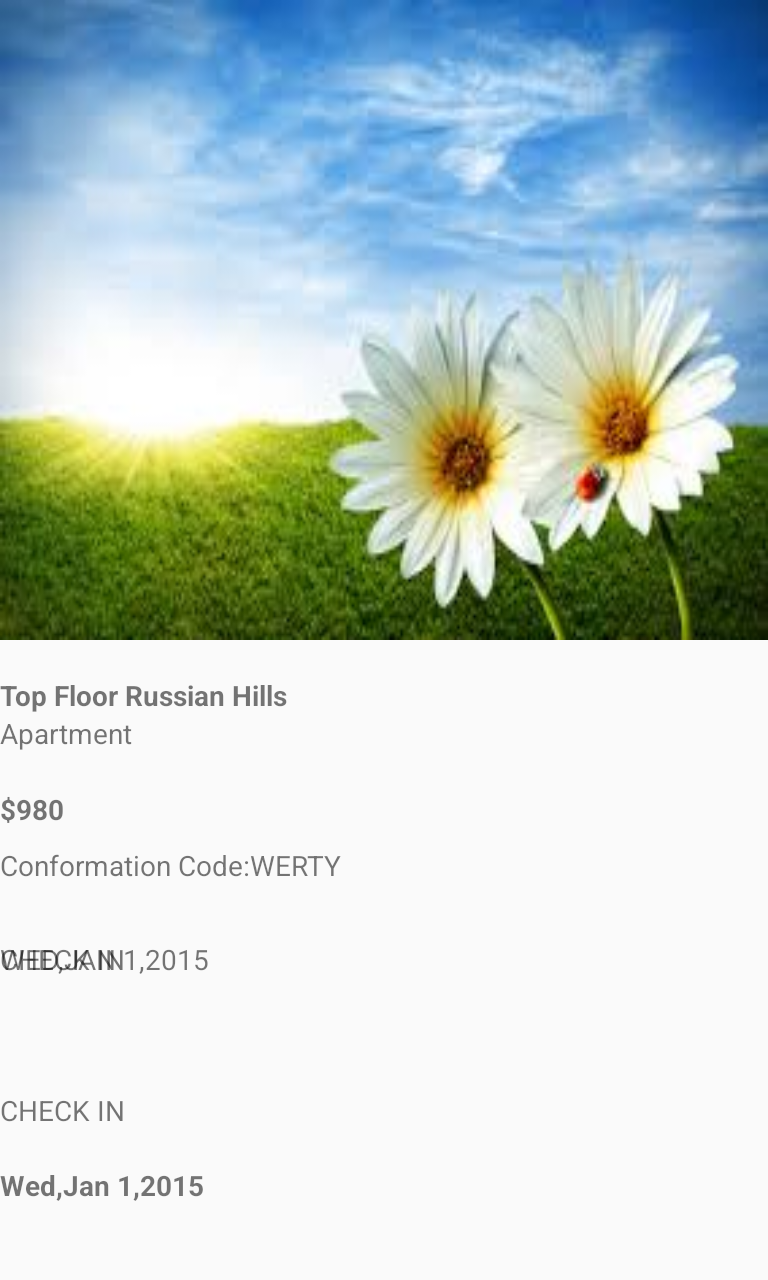
Repository: adarshnair13/my-project
Layout: example8/res/layout/activity_main.xml
An editor plug-in stored every save of this project. The layout is shown before and after the next save, followed by the edit.
It is drawn on a 768 x 1280 px phone screen (xhdpi) without system bars, with theme AppTheme; the app's code is not run.

Above is the layout before, as saved 2015-02-05 09:49:51.

### example8/res/layout/activity_main.xml
<LinearLayout xmlns:android="http://schemas.android.com/apk/res/android"
    xmlns:tools="http://schemas.android.com/tools"
    android:id="@+id/LinearLayout1"
    android:layout_width="match_parent"
    android:layout_height="match_parent"
    android:orientation="vertical"
    android:weightSum="2.0"
    tools:context="com.adarsh.example8.MainActivity" >

    <RelativeLayout
        android:layout_width="match_parent"
        android:layout_height="0dp"
        android:layout_weight="1.0"
        android:background="@drawable/imagesr" >
    </RelativeLayout>

    <LinearLayout
        android:layout_width="match_parent"
        android:layout_height="0dp"
        android:layout_weight="1.0"
        android:orientation="vertical"
        android:weightSum="4.0" >

        <RelativeLayout
            android:layout_width="match_parent"
            android:layout_height="0dp"
            android:layout_weight="1.0" >

            <TextView
                android:id="@+id/textView1"
                android:layout_width="wrap_content"
                android:layout_height="wrap_content"
                android:layout_alignParentLeft="true"
                android:layout_alignParentTop="true"
                android:layout_marginTop="18dp"
                android:text="Top Floor Russian Hills"
                android:textStyle="bold" />

            <TextView
                android:id="@+id/textView2"
                android:layout_width="wrap_content"
                android:layout_height="wrap_content"
                android:layout_alignParentLeft="true"
                android:layout_below="@+id/textView1"
                android:text="Apartment" />
        </RelativeLayout>

        <RelativeLayout
            android:layout_width="match_parent"
            android:layout_height="0dp"
            android:layout_weight="1.0" >

            <TextView
                android:id="@+id/textView4"
                android:layout_width="match_parent"
                android:layout_height="wrap_content"
                android:layout_centerVertical="true"
                android:text="Conformation Code:WERTY" />

            <TextView
                android:id="@+id/textView3"
                android:layout_width="wrap_content"
                android:layout_height="wrap_content"
                android:layout_alignParentLeft="true"
                android:layout_alignParentTop="true"
                android:text="$980"
                android:textStyle="bold" />
        </RelativeLayout>

        <LinearLayout
            android:id="@+id/LinearLayout2"
            android:layout_width="match_parent"
            android:layout_height="0dp"
            android:layout_weight="1.0"
            android:orientation="horizontal"
            android:weightSum="2.0" >

            <RelativeLayout
                android:layout_width="0dp"
                android:layout_height="match_parent"
                android:layout_weight="1.0" >

                <TextView
                    android:id="@+id/textView7"
                    android:layout_width="wrap_content"
                    android:layout_height="wrap_content"
                    android:layout_alignParentLeft="true"
                    android:layout_alignParentTop="true"
                    android:text="CHECK IN" />

                <TextView
                    android:id="@+id/textView8"
                    android:layout_width="wrap_content"
                    android:layout_height="wrap_content"
                    android:layout_alignParentLeft="true"
                    android:layout_centerVertical="true"
                    android:text="WED,JAN 1,2015" />
            </RelativeLayout>

            <RelativeLayout
               android:layout_width="match_parent"
            android:layout_height="0dp"
            android:layout_weight="1.0">

                <TextView
                    android:id="@+id/textView10"
                    android:layout_width="wrap_content"
                    android:layout_height="wrap_content"
                    android:layout_centerHorizontal="true"
                    android:layout_centerVertical="true"
                    android:text="Sat, Jan 4,2015" />

                <TextView
                    android:id="@+id/textView9"
                    android:layout_width="wrap_content"
                    android:layout_height="wrap_content"
                    android:layout_alignLeft="@+id/textView10"
                    android:layout_alignParentTop="true"
                    android:text="CHECKOUT" />
            </RelativeLayout>
        </LinearLayout>

        <RelativeLayout
            android:layout_width="match_parent"
            android:layout_height="wrap_content"
            android:layout_weight="1.0" >

            <TextView
                android:id="@+id/textView6"
                android:layout_width="match_parent"
                android:layout_height="wrap_content"
                android:layout_centerVertical="true"
                android:text="Wed,Jan 1,2015"
                android:textStyle="bold" />

            <TextView
                android:id="@+id/textView5"
                android:layout_width="wrap_content"
                android:layout_height="wrap_content"
                android:layout_alignParentLeft="true"
                android:layout_alignParentTop="true"
                android:text="CHECK IN" />
        </RelativeLayout>
    </LinearLayout>

</LinearLayout>

Loaded but not shown: example8/res/values/styles.xml (common file); example8/res/values-v11/styles.xml (common file); example8/res/values-v14/styles.xml (common file)

After the next save:
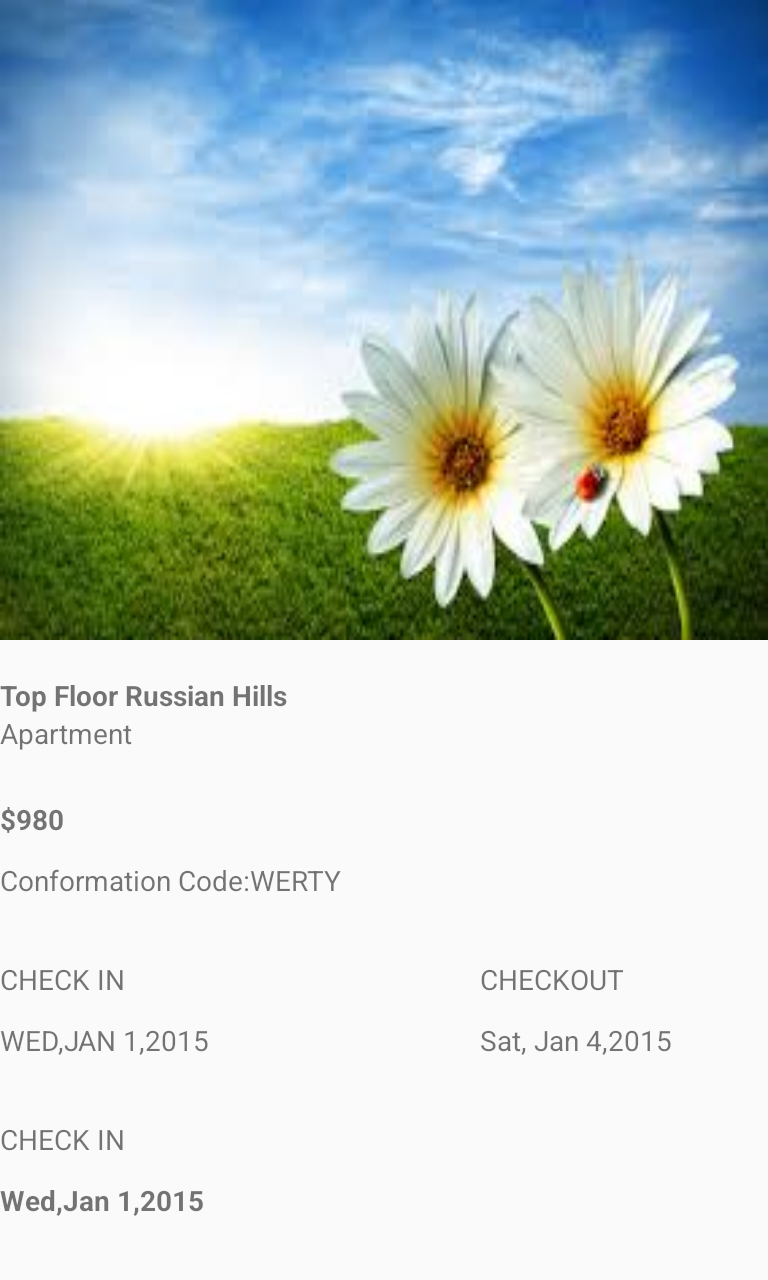
Saved 29 s later.
--- a/example8/res/layout/activity_main.xml
+++ b/example8/res/layout/activity_main.xml
@@ -98,9 +98,9 @@
             </RelativeLayout>
 
             <RelativeLayout
-               android:layout_width="match_parent"
-            android:layout_height="0dp"
-            android:layout_weight="1.0">
+                android:layout_width="0dp"
+                android:layout_height="match_parent"
+                android:layout_weight="1.0" >
 
                 <TextView
                     android:id="@+id/textView10"
@@ -121,8 +121,8 @@
         </LinearLayout>
 
         <RelativeLayout
-            android:layout_width="match_parent"
-            android:layout_height="wrap_content"
+           android:layout_width="match_parent"
+            android:layout_height="0dp"
             android:layout_weight="1.0" >
 
             <TextView
